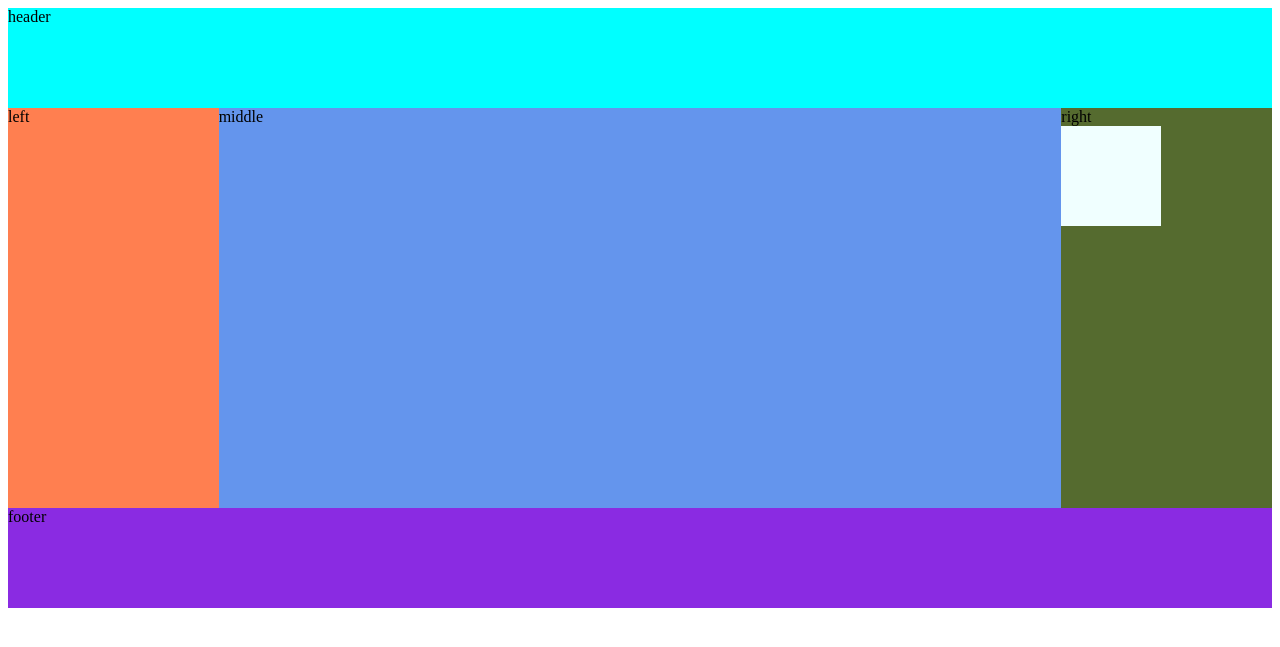
Repository: greden0814/myBlog
Page: /#/pages/myInfo
An editor plug-in stored every save of this project. The page is shown before and after the next save, followed by the edit.
The browser window is 1280 px wide. The pictures show the whole page.
The project was rebuilt for these pictures with package versions that can differ from the ones it lists, and the page was loaded fresh each time.

Above is the page before, as saved 2021-07-16 19:43:58.

### index.html
<!DOCTYPE html>
<html>
  <head>
    <meta charset="utf-8">
    <meta name="viewport" content="width=device-width,initial-scale=1.0">
    <title>myblog</title>
  </head>
  <body>
    <div id="app"></div>
    <!-- built files will be auto injected -->
  </body>
</html>

### src/main.js
// The Vue build version to load with the `import` command
// (runtime-only or standalone) has been set in webpack.base.conf with an alias.
import Vue from 'vue'
import App from './App'
import router from './router'
import ElementUI from 'element-ui'
import axios from 'axios'
import 'element-ui/lib/theme-chalk/index.css'

Vue.use(ElementUI)
Vue.config.productionTip = false
Vue.prototype.$axios = axios

/* eslint-disable no-new */
new Vue({
  el: '#app',
  router,
  components: { App },
  template: '<App/>'
})

### src/App.vue
<template>
  <div id="app">
    <!-- <img src="./assets/logo.png"> -->
    <router-view/>
  </div>
</template>

<script>
export default {
  name: 'App'
}
</script>

<style></style>

### src/router/index.js
import Vue from 'vue'
import Router from 'vue-router'

Vue.use(Router)

// const originalPush = Router.prototype.push
// Router.prototype.push = function push(location) {
//   return originalPush.call(this, location).catch(err => err)
// }
export default new Router({
  routes: [
    {
      path: '/',
      name: 'login',
      component: () => import('@/views/login')
    }, {
      path: '/pages/indexPage',
      name: 'myblog',
      component: () => import('@/views/indexPage')
    }, {
      path: '/pages/myInfo',
      name: 'myInfo',
      component: () => import('@/views/myInfo')
    },{
      path: '/pages/tableManage',
      name: 'tableManage',
      component: () => import('@/views/tableManage')
    }
  ]
})

### src/views/myInfo/index.vue
<template>
  <div class="myInfo">
    <div class="header">header</div>
    <div class="body">
      <div class="left">left</div>
      <div class="middle">middle</div>
      <div class="right">right
        <div class="pic"></div>
      </div>
    </div>
    <div class="footer">footer</div>
  </div>
</template>
<script>
export default {
  data() {
    return {};
  },
};
</script>
<style lang="less" scoped>
.myInfo {
  .header {
    height: 100px;
    background-color: aqua;
  }
  .body {
    display: flex;
    height: 400px;
    .left {
      background-color: coral;
      flex: 2;
    }
    .middle {
      background-color: cornflowerblue;
      flex: 8;
    }
    .right {
      background-color: darkolivegreen;
      flex: 2;
      .pic {
        width: 100px;
        height: 100px;
        background-color: azure;
      }
    }
  }
  .footer {
    height: 100px;
    background-color: blueviolet;
  }
}
</style>

After the next save:
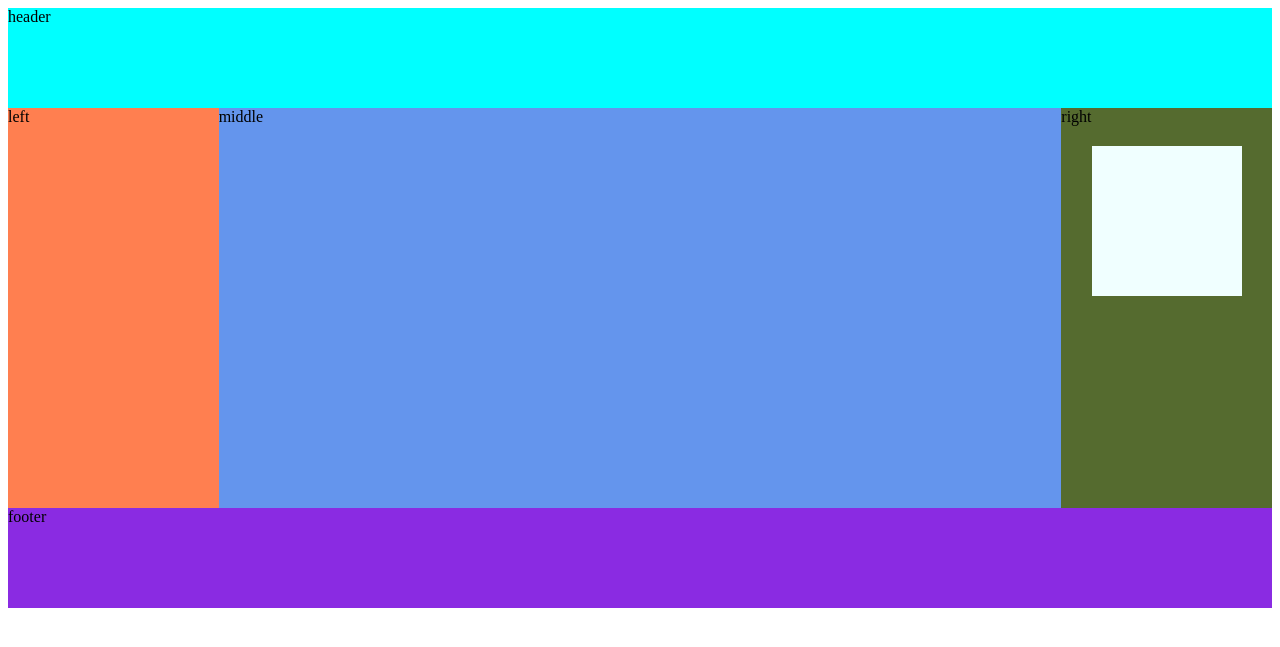
Saved 21 s later.
--- a/src/views/myInfo/index.vue
+++ b/src/views/myInfo/index.vue
@@ -39,8 +39,9 @@ export default {
       background-color: darkolivegreen;
       flex: 2;
       .pic {
-        width: 100px;
-        height: 100px;
+        margin: 20px auto;
+        width: 150px;
+        height: 150px;
         background-color: azure;
       }
     }
